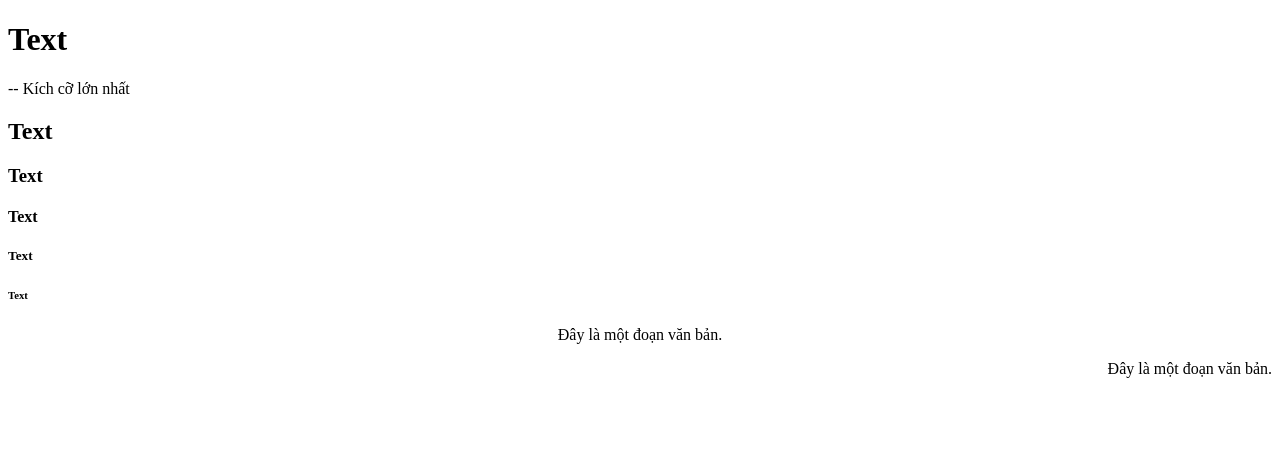
Repository: vnmk1/jsp_servlet-tutorials
Page: Bai2_HTML/src/main/webapp/vidu.html
An editor plug-in stored every save of this project. The page is shown before and after the next save, followed by the edit.
The browser window is 1280 px wide. The pictures show the whole page.

Above is the page before, as saved 2023-07-15 04:29:58.

### Bai2_HTML/src/main/webapp/vidu.html
<!DOCTYPE html>
<html>
<head>
<meta charset="UTF-8">
<title>Insert title here</title>
</head>
<body>
	<h1>Text</h1> -- Kích cỡ lớn nhất
	<h2>Text</h2>
	<h3>Text</h3>
	<h4>Text</h4>
	<h5>Text</h5>
	<h6>Text</h6>
	<p align = "center">
		Đây là một đoạn văn bản.
	</p>

	<p align = "right">
		Đây là một đoạn văn bản.
	</p>
</body>
</html>

After the next save:
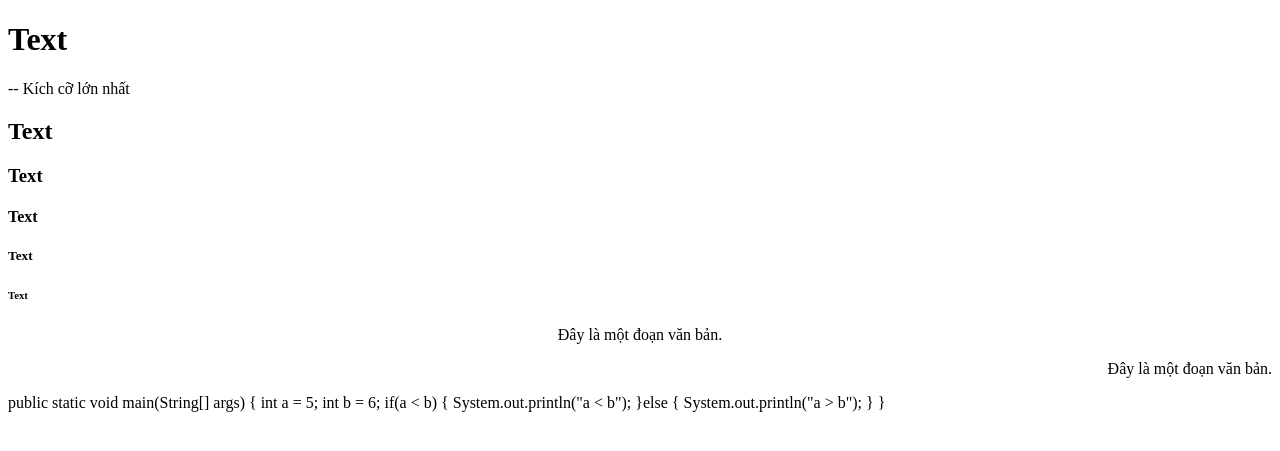
Saved 3 min 37 s later.
--- a/Bai2_HTML/src/main/webapp/vidu.html
+++ b/Bai2_HTML/src/main/webapp/vidu.html
@@ -18,5 +18,15 @@
 	<p align = "right">
 		Đây là một đoạn văn bản.
 	</p>
+
+	public static void main(String[] args) {
+		int a = 5;
+		int b = 6;
+		if(a < b) {
+			System.out.println("a < b");
+		}else {
+			System.out.println("a > b");
+		}
+	}
 </body>
 </html>
